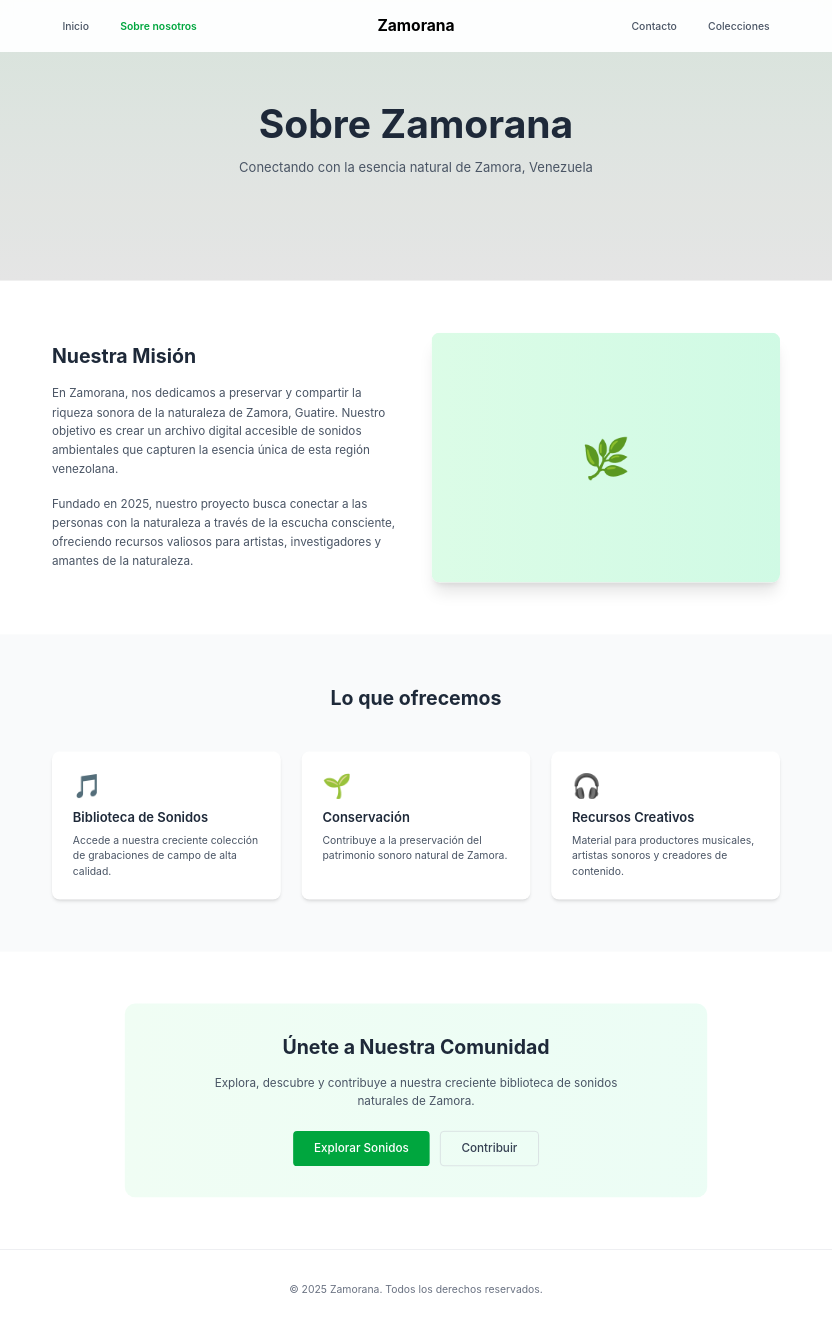
Repository: Alxre98/Zamorana
Page: /about
The author's editor kept a copy of each file at every save. The page is drawn from the files as they stood at one save, then again after the next save.
The browser window is 1280 px wide. The pictures show the whole page, at 65% of full size.
The project was rebuilt for these pictures with package versions that can differ from the ones it lists, and the page was loaded fresh each time. The framework's server and built-in components were replaced by stand-ins that run in the browser. Also part of the build but not shown: next.config.ts.

Above is the page before, as saved 2025-06-15 12:24:18.

After the next save:
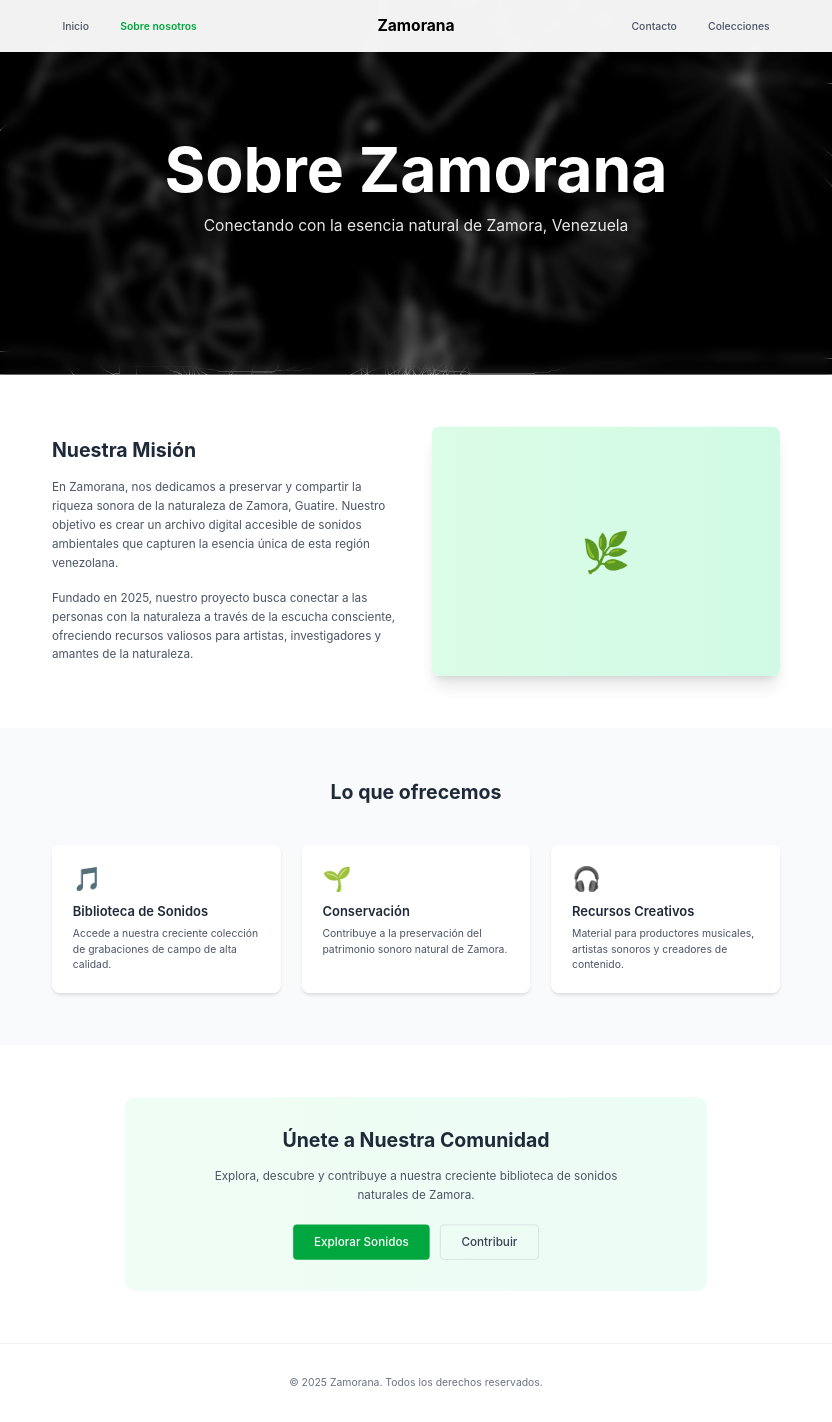
Saved 3 min 17 s later.
--- a/src/app/about/page.tsx
+++ b/src/app/about/page.tsx
@@ -5,19 +5,24 @@
   return (
     <div className="min-h-screen bg-white">
       {/* Hero Section */}
-      <section className="relative h-[60vh] bg-gradient-to-b from-green-50 to-white">
-        <div className="absolute inset-0 overflow-hidden">
-          <div className="absolute inset-0 bg-black/10 z-10"></div>
-          <div className="absolute inset-0 flex items-center justify-center">
-            <div className="text-center px-4 z-20">
-              <h1 className="text-4xl md:text-6xl font-bold text-gray-800 mb-6">
-                Sobre Zamorana
-              </h1>
-              <p className="text-xl text-gray-600 max-w-3xl mx-auto">
-                Conectando con la esencia natural de Zamora, Venezuela
-              </p>
-            </div>
-          </div>
+      <section className="relative h-[80vh] w-full">
+        <div className="absolute inset-0">
+          <Image
+            src="/fondo.png"
+            alt="Fondo natural de Zamora"
+            fill
+            className="object-cover"
+            priority
+          />
+          <div className="absolute inset-0 bg-black/30 backdrop-blur-sm"></div>
+        </div>
+        <div className="relative h-full flex flex-col items-center justify-center text-center px-4 z-20 mx-auto max-w-7xl">
+          <h1 className="text-5xl md:text-7xl lg:text-8xl font-bold text-white mb-6 drop-shadow-lg">
+            Sobre Zamorana
+          </h1>
+          <p className="text-xl md:text-2xl text-white/90 max-w-3xl mx-auto drop-shadow-lg">
+            Conectando con la esencia natural de Zamora, Venezuela
+          </p>
         </div>
       </section>
 
